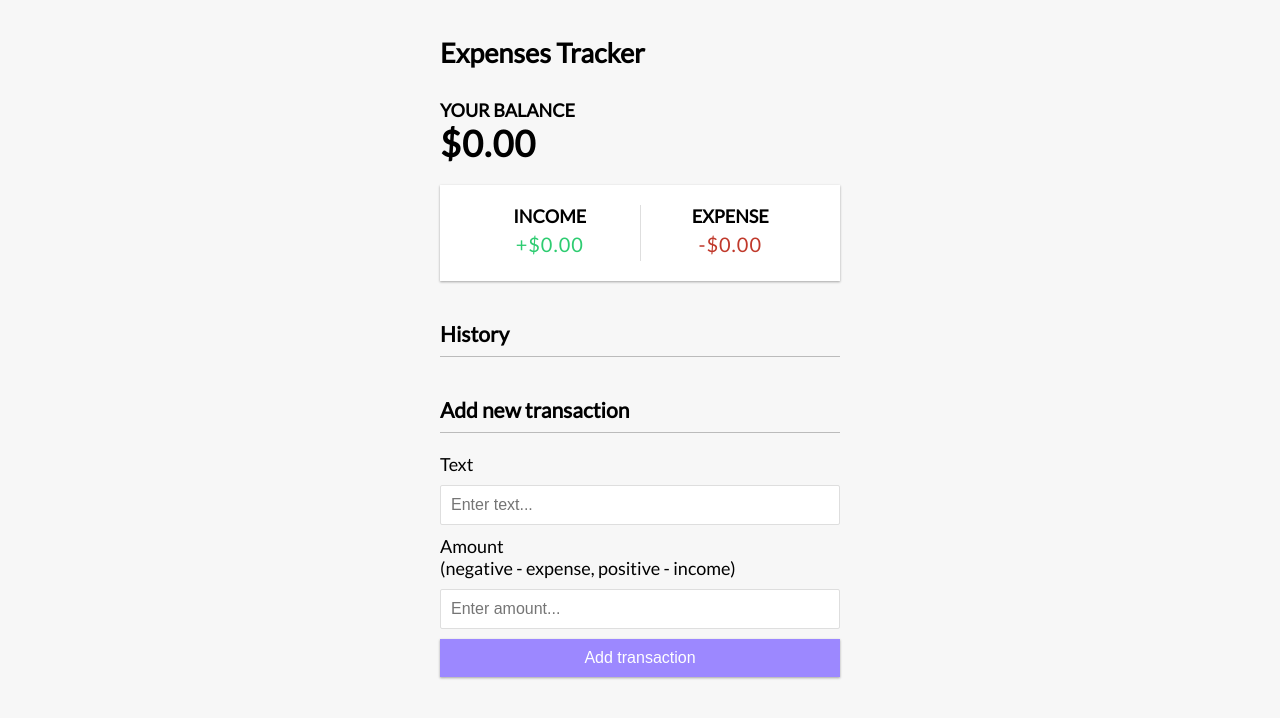
Repository: AyushMahatara/VUE-expense-tracker-app
Page: /
An editor plug-in stored every save of this project. The page is shown before and after the next save, followed by the edit.
The browser window is 1280 px wide. The pictures show the whole page.
The project was rebuilt for these pictures with package versions that can differ from the ones it lists, and the page was loaded fresh each time. Also part of the build but not shown: vite.config.js.

Above is the page before, as saved 2023-12-29 14:22:11.

After the next save:
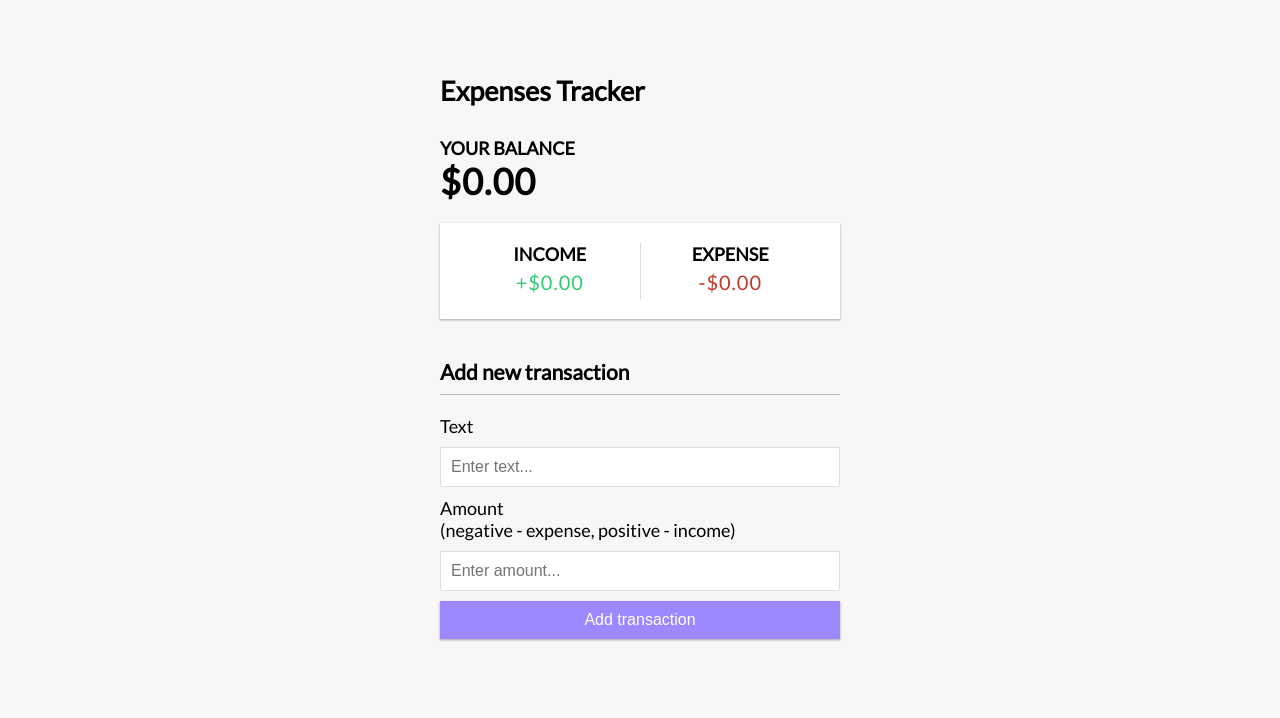
Saved 12 s later.
--- a/src/components/IncomeExpense.vue
+++ b/src/components/IncomeExpense.vue
@@ -9,10 +9,4 @@
       <p id="money-minus" class="money minus">-$0.00</p>
     </div>
   </div>
-  <h3>History</h3>
-  <ul id="list" class="list">
-    <!-- <li class="minus">
-          Cash <span>-$400</span><button class="delete-btn">x</button>
-        </li> -->
-  </ul>
 </template>
